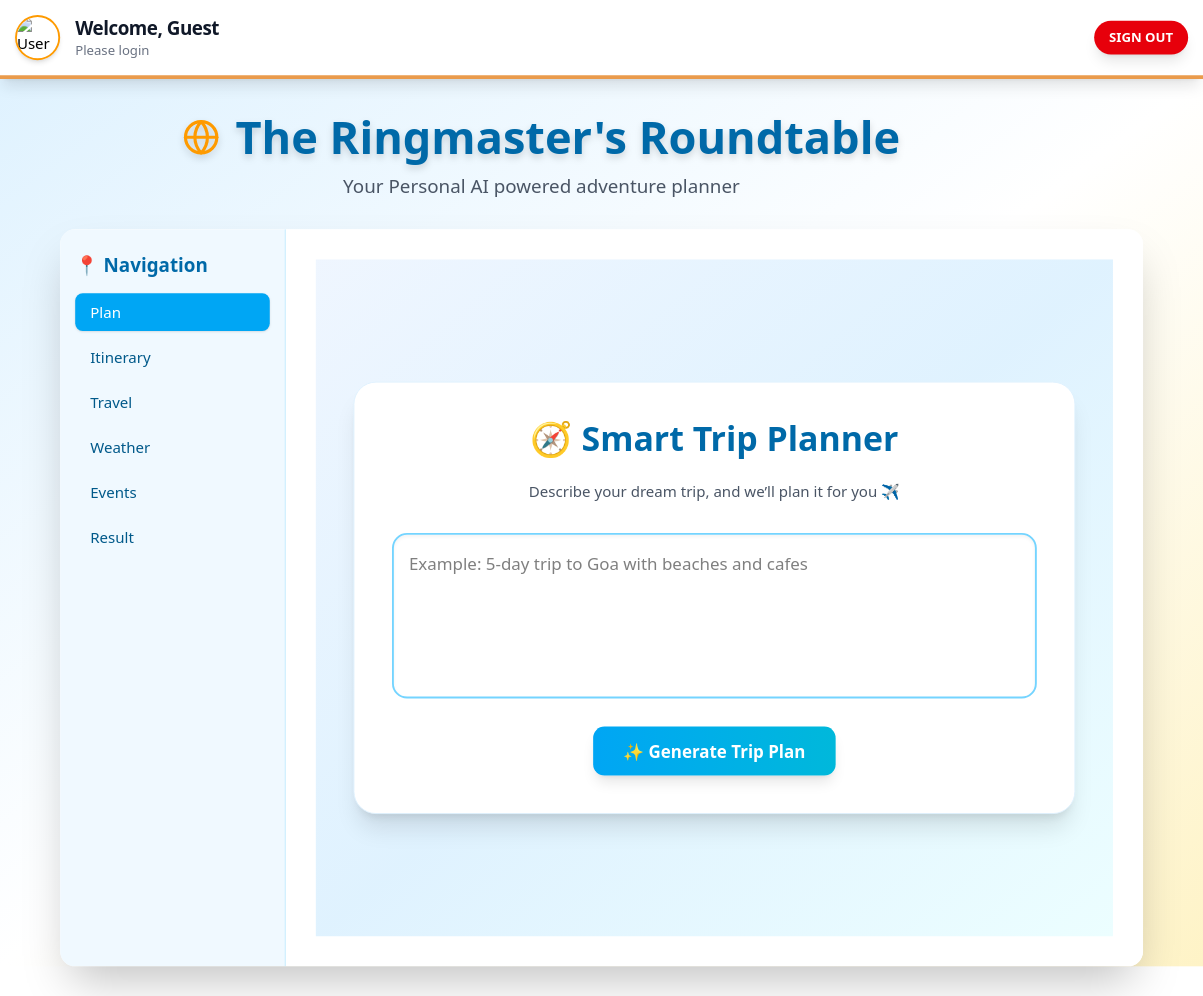
Repository: vega2006/The-Ringmaster-s-Roundtable
Page: /prompt (app in client/)
The author's editor kept a copy of each file at every save. The page is drawn from the files as they stood at one save, then again after the next save.
The browser window is 1280 px wide. The pictures show the whole page, at 94% of full size.
The page's requests for data from a server got no answer. The project was rebuilt for these pictures with package versions that can differ from the ones it lists, and the page was loaded fresh each time. No one was signed in, and anything a server would have sent is missing. Also part of the build but not shown: client/vite.config.js, client/src/components/GoogleLogin.jsx, client/src/components/NotFound.jsx, client/src/components/Sidebar.jsx, client/src/components/PlanInput.jsx, client/src/components/WeatherContent.jsx, client/src/components/TravelContent.jsx, client/src/components/ItineraryContent.jsx and 8 more.

Above is the page before, as saved 2025-10-09 16:47:41.

### client/src/App.jsx


import { GoogleOAuthProvider } from "@react-oauth/google";
import GoogleLogin from "./components/GoogleLogin";
import { BrowserRouter, Route, Routes, Navigate } from 'react-router-dom';
import { useState } from 'react';
import RefreshHandler from './components/RefreshHandler';
import NotFound from './components/NotFound';
import Dashboard from "./pages/Dashboard";
import Home from "./pages/Home";
import AIDashboard from "./pages/AIDashboard";
export default function App() {
  const [isAuthenticated, setIsAuthenticated] = useState(false);

  const GoogleWrapper = () => (
    <GoogleOAuthProvider clientId="1054190178825-cc3eg87b9uvh9hfn384ge5sqe5hq9l5v.apps.googleusercontent.com">
      <GoogleLogin />
    </GoogleOAuthProvider>
  );

  const PrivateRoute = ({ element }) => {
    return isAuthenticated ? element : element;
  };

  return (
    <BrowserRouter>
      <RefreshHandler setIsAuthenticated={setIsAuthenticated} />
      <Routes>
        {/* Public route for the Home page, where users can sign in */}
        <Route path="/" element={<Home isAuthenticated={isAuthenticated} />} />

        {/* This is the login page. Redirect to home after login. */}
        <Route path="/login" element={<GoogleWrapper />} />

        {/* This is the protected dashboard route */}
        <Route path='/dashboard' element={<PrivateRoute element={<Dashboard />} />} />
         <Route path='/prompt' element={<PrivateRoute element={<AIDashboard />} />} />

        {/* Catch-all route for invalid URLs */}
        <Route path="*" element={<NotFound />} />
      </Routes>
    </BrowserRouter>
  );
}

### client/src/components/RefreshHandler.jsx
import React, { useEffect } from 'react';
import { useLocation, useNavigate } from 'react-router-dom';

function RefrshHandler({ setIsAuthenticated }) {
    const location = useLocation();
    const navigate = useNavigate();

    useEffect(() => {
        const data = localStorage.getItem('user-info');
        const token = JSON.parse(data)?.token;
        if (token) {
            setIsAuthenticated(true);
            if (location.pathname === '/' ||
                location.pathname === '/login'
            ) {
                navigate('/dashboard', { replace: false });
            }
        }
    }, [location, navigate, setIsAuthenticated])

    return (
        null
    )
}

export default RefrshHandler

### client/src/pages/AIDashboard.jsx
import {TripProvider } from "../contexts/TripContext";
import AppHeader from "../components/AppHeader";
import PromptBasedSidebar from "../components/PromptBasedSideBar";
import MainContent from "../components/MainContent";
import AIContentRouter from "../components/AIContentRouter";
import React, { useEffect, useState } from 'react'
import { useNavigate } from 'react-router-dom';
const AIDashboard = () => {

     const [userInfo, setUserInfo] = useState(null);
    const navigate = useNavigate();

    useEffect(()=>{
        const data = localStorage.getItem('user-info');
        const userData = JSON.parse(data);
        setUserInfo(userData);
    },[])

    const handleLogout = ()=>{
        localStorage.removeItem('user-info');
        navigate('/login');
    }


  return (
    <div>
      <div className="sticky top-0 z-10 bg-white shadow-lg p-3 sm:p-4 border-b-4 border-amber-600/70">
                <div className="max-w-7xl mx-auto flex justify-between items-center">

                    {/* User Info Display */}
                    <div className="flex items-center space-x-4">
                        <img
                            className="w-12 h-12 rounded-full object-cover shadow-md border-2 border-amber-500"
                            src={userInfo?.image}
                            alt={userInfo?.name || 'User'}
                            onError={(e) => { e.target.onerror = null; e.target.src="https://placehold.co/40x40/FFC107/333?text=?" }}
                        />
                        <div className="hidden sm:block">
                            <h1 className="text-xl font-bold text-gray-900 tracking-tight">Welcome, {userInfo?.name || 'Guest'}</h1>
                            <h3 className="text-sm text-gray-500">{userInfo?.email || 'Please login'}</h3>
                        </div>
                        <div className="sm:hidden text-lg font-bold text-gray-900">
                           {userInfo?.name ? `Hello, ${userInfo.name.split(' ')[0]}!` : 'Hello!'}
                        </div>
                    </div>

                    {/* Logout Button (Stylized and positioned on the right) */}
                    <button
                        onClick={handleLogout}
                        className="px-4 py-2 bg-red-600 text-white font-semibold rounded-full shadow-lg hover:bg-red-700
                                   transition duration-150 transform hover:scale-[1.02] active:scale-95
                                   focus:outline-none focus:ring-4 focus:ring-red-300 uppercase text-sm"
                    >
                        Sign Out
                    </button>
                </div>
            </div>

      <TripProvider>

        <div className="min-h-screen bg-gradient-to-br from-sky-100 via-white to-amber-100 font-inter">
          <AppHeader />
          <div className="max-w-6xl mx-auto grid grid-cols-1 md:grid-cols-[240px_1fr] bg-white shadow-2xl rounded-2xl overflow-hidden mt-4 mb-8">
            <PromptBasedSidebar />


            <MainContent>
                            <AIContentRouter />
                       </MainContent>

          </div>
        </div>
    </TripProvider>

    </div>
  )
}
export default AIDashboard

### client/src/api/api.jsx
import axios from "axios";

const API_BASE = `${import.meta.env.VITE_BACKEND_URL}/api`;


const api = axios.create({
    baseURL: "http://localhost:4000/auth/",
    // withCredentials: true,
});

export const googleAuth = (code) => api.get(`/google?code=${code}`);


export const getWeather = (city, travelDate) =>
  axios.get(`${API_BASE}/weather?city=${encodeURIComponent(city)}&travelDate=${encodeURIComponent(travelDate)}`);
;

export const getRoute = (origin, destination, travelDate) =>
  axios.get(`${API_BASE}/maps?origin=${encodeURIComponent(origin)}&destination=${encodeURIComponent(destination)}&travelDate=${encodeURIComponent(travelDate)}`);


export const getEvents = (destination, startTravelDate, endTravelDate) =>
  axios.get(`${API_BASE}/events`, {
    params: {
      city: destination,
      startDate: startTravelDate,
      endDate: endTravelDate,
    },
  });

export const getTripBudget = async (payload) => {
  // console.log(payload);
  return axios.post(`${API_BASE}/budget`, payload);
};


export const getItinerary = async (destination,startDate, endDate) => {
  return axios.post(`${API_BASE}/itinerary/generate`, {
      destination,
      startDate,
      endDate,
    });
};

### client/src/components/AppHeader.jsx
import React from 'react';
import { Globe } from 'lucide-react';

const AppHeader = () => (
    <div className="w-full max-w-6xl text-center pt-8 pb-4">
        <h1 className="text-4xl sm:text-5xl font-extrabold text-sky-700 drop-shadow-lg leading-tight flex items-center justify-center">
            <Globe className="w-8 h-8 sm:w-10 sm:h-10 mr-4 text-amber-500" />
            The Ringmaster's Roundtable
        </h1>
        <p className="text-center text-lg sm:text-xl text-gray-600 mt-2">Your Personal AI powered adventure planner</p>
    </div>
);

export default AppHeader;

### client/src/components/MainContent.jsx
export default function MainContent({ children }) {
  return (
    <main className="p-8 bg-white overflow-y-auto">
      {children}
    </main>
  );
}

### client/src/components/PlanByPrompt.jsx
import { useState } from "react";
import { useTrip } from "../contexts/TripContext";

// Helper function to get the current date in YYYY-MM-DD format (required for HTML date input min)
const getTodayDate = () => {
  const today = new Date();
  const year = today.getFullYear();
  const month = String(today.getMonth() + 1).padStart(2, '0');
  const day = String(today.getDate()).padStart(2, '0');
  return `${year}-${month}-${day}`;
};
export default function PlanByPrompt() {
  const [prompt, setPrompt] = useState("");
  const [isLoading, setIsLoading] = useState(false);
  const [result, setResult] = useState(null);

  const {activeTab, setActiveTab,
    manualRoute,origin,
       events,setEvents,
        setOrigin,
        destination,
        setDestination,
        setManualRoute,manualWeather,setManualWeather,AIResult,setAIResult,itinerary,setItinerary}=useTrip();
  const generate = async () => {
    if (!prompt.trim()) {
      alert("Please describe your trip before generating!");
      return;
    }

    setIsLoading(true);
    try {
      const response = await fetch("http://localhost:4000/api/mcp-server", {
        method: "POST",
        headers: { "Content-Type": "application/json" },
        body: JSON.stringify({ prompt , userId:"2345326542d324" }),
      });

      const data = await response.json();
     await  setOrigin(data.trip.origin);
      await setDestination(data.trip.destination);
      setManualWeather(data.trip.weather);
      setItinerary(data.trip.itinerary);
    setManualRoute({
  origin,
  destination,
  routes: data.trip.route// entire object returned from backend
});
      setActiveTab("Weather");
      setEvents(data.trip.events);
    } catch (err) {
      console.error("Error generating trip plan:", err);
      alert("Failed to generate trip plan. Please try again.");
    } finally {
      setIsLoading(false);
    }
  };

  return (
    <div className="min-h-screen bg-gradient-to-br from-blue-50 via-sky-100 to-cyan-50 flex flex-col items-center justify-center p-6">
      <div className="w-full max-w-3xl bg-white rounded-3xl shadow-xl p-10 border border-sky-100">
        {/* Header */}
        <h1 className="text-4xl font-extrabold text-sky-700 text-center mb-6">
          🧭 Smart Trip Planner
        </h1>
        <p className="text-gray-600 text-center mb-8">
          Describe your dream trip, and we’ll plan it for you ✈️
        </p>

        {/* Prompt Input */}
        <textarea
          placeholder="Example: 5-day trip to Goa with beaches and cafes"
          value={prompt}
          onChange={(e) => setPrompt(e.target.value)}
          rows="5"
          className="w-full p-4 border-2 border-sky-300 rounded-2xl shadow-inner focus:ring-2 focus:ring-sky-500 outline-none text-lg resize-none transition-all duration-200"
        />

        {/* Generate Button */}
        <div className="flex justify-center mt-6">
          <button
            onClick={generate}
            disabled={isLoading}
            className={`px-8 py-3 text-lg font-semibold text-white rounded-xl shadow-lg transition-all duration-300 ${
              isLoading
                ? "bg-sky-400 cursor-not-allowed"
                : "bg-gradient-to-r from-sky-500 to-cyan-500 hover:from-sky-600 hover:to-cyan-600"
            }`}
          >
            {isLoading ? "Planning..." : "✨ Generate Trip Plan"}
          </button>
        </div>


      </div>
    </div>
  );
}

### client/src/components/PromptBasedSideBar.jsx
import { useTrip } from "../contexts/TripContext";
import { TABS } from "../utils/PromptBasedConstants";

export default function PromptBasedSidebar() {
  const { activeTab, setActiveTab, isResultAvailable } = useTrip();

  return (
    <aside className="bg-sky-50 border-r border-sky-200 py-6 px-4">
      <h2 className="text-xl font-semibold mb-4 text-sky-700">📍 Navigation</h2>
      <nav className="flex flex-col space-y-2">
        {TABS.map((tab) => (
          <button
            key={tab}
            disabled={tab !== "Plan" && !isResultAvailable}
            onClick={() => setActiveTab(tab)}
            className={`px-4 py-2 text-left rounded-lg font-medium transition-all ${
              activeTab === tab
                ? "bg-sky-500 text-white shadow"
                : "hover:bg-sky-100 text-sky-800"
            } ${tab !== "Plan" && !isResultAvailable ? "opacity-50 cursor-not-allowed" : ""}`}
          >
            {tab}
          </button>
        ))}
      </nav>
    </aside>
  );
}

### client/src/components/AIContentRouter.jsx
import { useTrip } from "../contexts/TripContext";
import PlanByPrompt from "./PlanByPrompt";
import WeatherContent from "./WeatherContent";
import TravelContent from "./TravelContent";
import PromptBasedItinerary from "./PromptBasedItinerary";
import BudgetContent from "./BudgetContent";
import PromptBasedEvents from "./PromptBasedEvents";
import AIresult from "./AIresult";
export default function AIContentRouter() {
  const { activeTab } = useTrip();

  switch (activeTab) {
    case "Plan": return <PlanByPrompt/>;
    case "Result": return <AIresult/>;
    case "Weather": return <WeatherContent />;
    case "Travel": return <TravelContent />;
    case "Itinerary": return <PromptBasedItinerary/>;
    case "Budget": return <BudgetContent />;
    case "Events": return < PromptBasedEvents/>;
    default: return <PlanInput />;
  }
}

### client/src/utils/constants.jsx
export const API_KEY = "";
export const API_URL = `https://generativelanguage.googleapis.com/v1beta/models/gemini-2.5-flash-preview-05-20:generateContent?key=${API_KEY}`;

export const TABS = ["Plan", "Itinerary", "Budget", "Travel", "Weather", "Events","Result"];

export const RESPONSE_SCHEMA = {
  type: "OBJECT",
  properties: {
    destination: { type: "STRING" },
    duration_days: { type: "NUMBER" },
    summary: { type: "STRING" },
    itinerary: {
      type: "ARRAY",
      items: {
        type: "OBJECT",
        properties: {
          day: { type: "NUMBER" },
          date: { type: "STRING" },
          activities: { type: "ARRAY", items: { type: "STRING" } },
        },
      },
    },
  },
};

### client/src/utils/PromptBasedConstants.jsx
export const API_KEY = "";
export const API_URL = `https://generativelanguage.googleapis.com/v1beta/models/gemini-2.5-flash-preview-05-20:generateContent?key=${API_KEY}`;

export const TABS = ["Plan", "Itinerary","Travel", "Weather", "Events","Result"];

export const RESPONSE_SCHEMA = {
  type: "OBJECT",
  properties: {
    destination: { type: "STRING" },
    duration_days: { type: "NUMBER" },
    summary: { type: "STRING" },
    itinerary: {
      type: "ARRAY",
      items: {
        type: "OBJECT",
        properties: {
          day: { type: "NUMBER" },
          date: { type: "STRING" },
          activities: { type: "ARRAY", items: { type: "STRING" } },
        },
      },
    },
  },
};

Loaded but not shown: client/index.html (common file); client/src/main.jsx (common file); client/src/index.css (common file); client/src/contexts/TripContext.jsx (195 lines, source omitted)

After the next save:
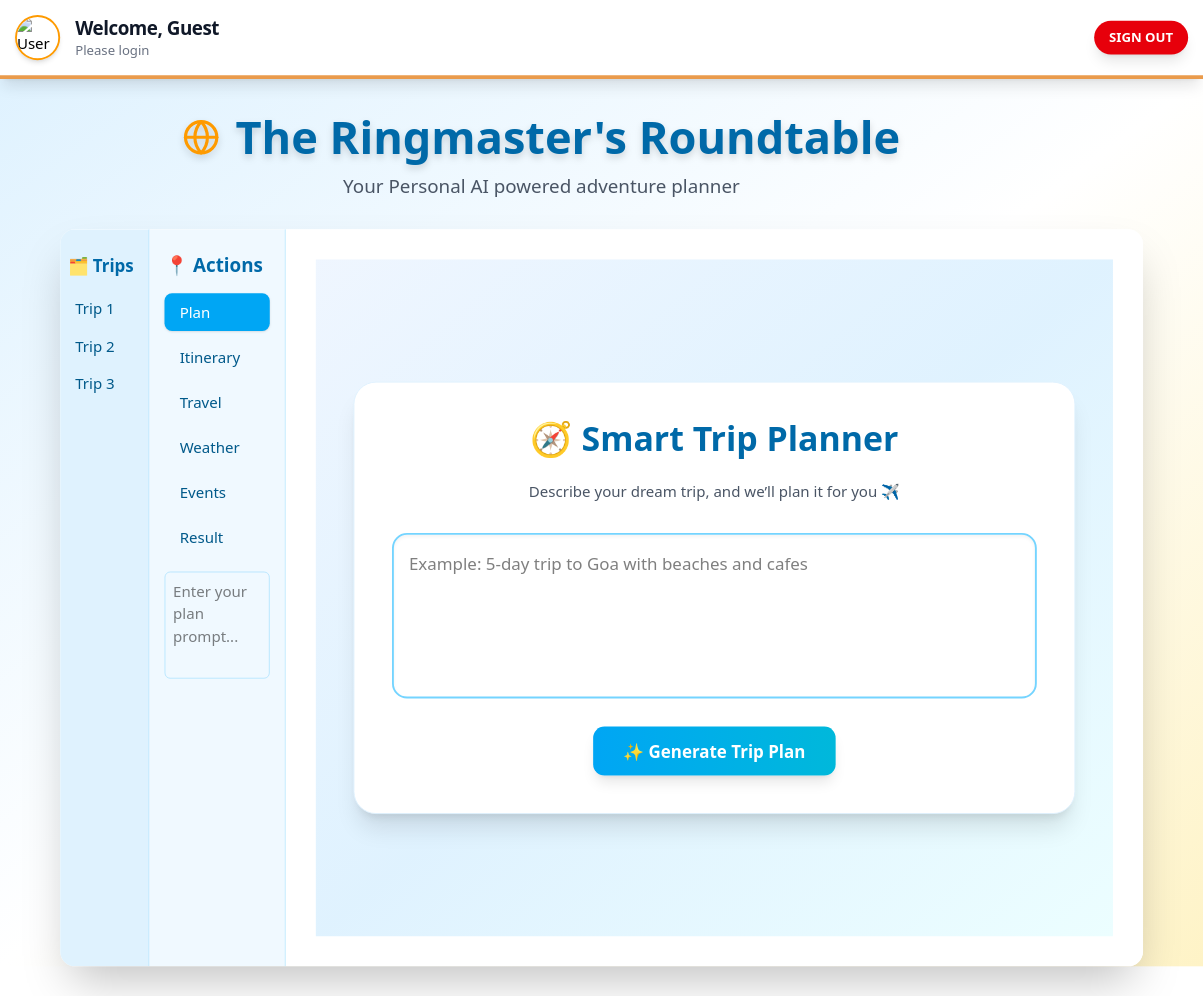
Saved 4 min 22 s later.
--- a/client/src/components/PromptBasedSideBar.jsx
+++ b/client/src/components/PromptBasedSideBar.jsx
@@ -1,28 +1,94 @@
 import { useTrip } from "../contexts/TripContext";
 import { TABS } from "../utils/PromptBasedConstants";
+import { useState } from "react";
 
-export default function PromptBasedSidebar() {
+export default function PromptBasedSidebar({ userId }) {
   const { activeTab, setActiveTab, isResultAvailable } = useTrip();
+  const [activeTabId, setActiveTabId] = useState(null); // left sidebar selection
+  const [prompt, setPrompt] = useState("");
+
+  const tabIds = ["Trip 1", "Trip 2", "Trip 3"]; // example tabIds
+  const tripIds = {
+    "Trip 1": "trip_001",
+    "Trip 2": "trip_002",
+    "Trip 3": "trip_003",
+  };
+
+  const handlePlan = async () => {
+    if (!activeTabId || !prompt) return;
+
+    const tripId = tripIds[activeTabId];
+
+    try {
+      const res = await fetch("/api/trip", {
+        method: "POST",
+        headers: {
+          "Content-Type": "application/json",
+        },
+        body: JSON.stringify({ userId, tripId, prompt }),
+      });
+
+      const data = await res.json();
+      console.log("Backend response:", data);
+    } catch (err) {
+      console.error("Error sending plan:", err);
+    }
+  };
 
   return (
-    <aside className="bg-sky-50 border-r border-sky-200 py-6 px-4">
-      <h2 className="text-xl font-semibold mb-4 text-sky-700">📍 Navigation</h2>
-      <nav className="flex flex-col space-y-2">
-        {TABS.map((tab) => (
-          <button
-            key={tab}
-            disabled={tab !== "Plan" && !isResultAvailable}
-            onClick={() => setActiveTab(tab)}
-            className={`px-4 py-2 text-left rounded-lg font-medium transition-all ${
-              activeTab === tab
-                ? "bg-sky-500 text-white shadow"
-                : "hover:bg-sky-100 text-sky-800"
-            } ${tab !== "Plan" && !isResultAvailable ? "opacity-50 cursor-not-allowed" : ""}`}
-          >
-            {tab}
-          </button>
-        ))}
-      </nav>
-    </aside>
+    <div className="flex h-full">
+      {/* Left sidebar: Tab IDs */}
+      <aside className="w-32 bg-sky-100 border-r border-sky-200 py-6 px-2">
+        <h2 className="text-lg font-semibold mb-4 text-sky-700">🗂 Trips</h2>
+        <nav className="flex flex-col space-y-2">
+          {tabIds.map((tabId) => (
+            <button
+              key={tabId}
+              onClick={() => setActiveTabId(tabId)}
+              className={`px-2 py-1 text-left rounded-md font-medium transition-all ${
+                activeTabId === tabId
+                  ? "bg-sky-500 text-white shadow"
+                  : "hover:bg-sky-200 text-sky-800"
+              }`}
+            >
+              {tabId}
+            </button>
+          ))}
+        </nav>
+      </aside>
+
+      {/* Right sidebar: TABS */}
+      <aside className="w-48 bg-sky-50 border-r border-sky-200 py-6 px-4">
+        <h2 className="text-xl font-semibold mb-4 text-sky-700">📍 Actions</h2>
+        <nav className="flex flex-col space-y-2">
+          {TABS.map((tab) => (
+            <button
+              key={tab}
+              disabled={tab !== "Plan" && !isResultAvailable}
+              onClick={() => {
+                setActiveTab(tab);
+                if (tab === "Plan") handlePlan();
+              }}
+              className={`px-4 py-2 text-left rounded-lg font-medium transition-all ${
+                activeTab === tab
+                  ? "bg-sky-500 text-white shadow"
+                  : "hover:bg-sky-100 text-sky-800"
+              } ${tab !== "Plan" && !isResultAvailable ? "opacity-50 cursor-not-allowed" : ""}`}
+            >
+              {tab}
+            </button>
+          ))}
+        </nav>
+
+        {/* Optional prompt input */}
+        <textarea
+          value={prompt}
+          onChange={(e) => setPrompt(e.target.value)}
+          placeholder="Enter your plan prompt..."
+          className="mt-4 w-full p-2 border border-sky-200 rounded-md resize-none"
+          rows={4}
+        />
+      </aside>
+    </div>
   );
 }
